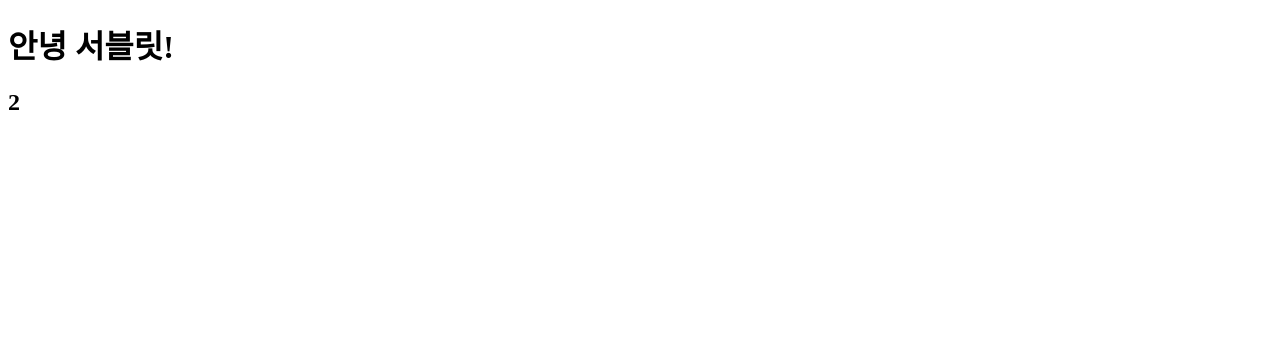
Repository: kkh1396/kh_front
Page: 05_server/1.servlet/src/main/webapp/index.html
An editor plug-in stored every save of this project. The page is shown before and after the next save, followed by the edit.
The browser window is 1280 px wide. The pictures show the whole page.

Above is the page before, as saved 2025-03-19 01:39:16.

### 05_server/1.servlet/src/main/webapp/index.html
<!DOCTYPE html>
<html>
<head>
<meta charset="UTF-8">
<title>서블릿 시작!</title>
</head>
<body>

   <h1>안녕 서블릿!</h1>
   <h2>2</h2>


</body>
</html>

After the next save:
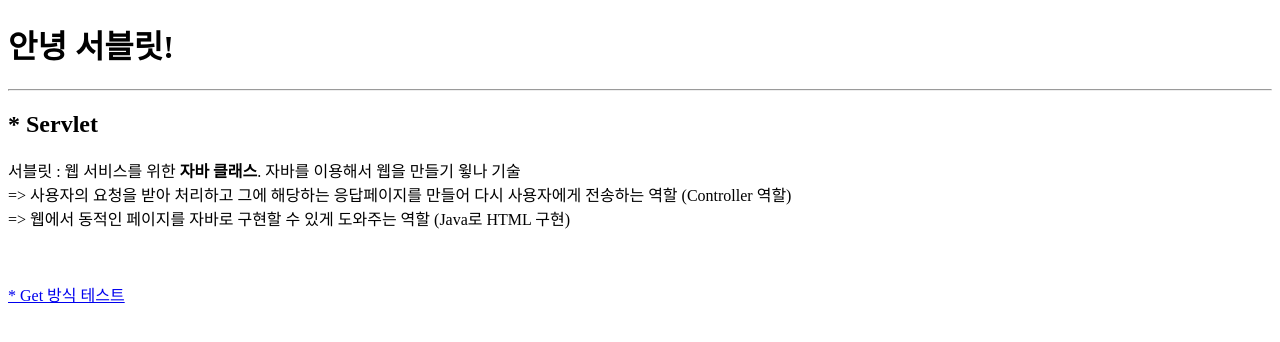
Saved 2 min 31 s later.
--- a/05_server/1.servlet/src/main/webapp/index.html
+++ b/05_server/1.servlet/src/main/webapp/index.html
@@ -7,8 +7,23 @@
 <body>
 
    <h1>안녕 서블릿!</h1>
-   <h2>2</h2>
 
+
+   <hr>
+
+
+   <h2> * Servlet </h2>
+   <p>
+   		 서블릿 : 웹 서비스를 위한 <b> 자바 클래스</b>. 자바를 이용해서 웹을 만들기 윟나 기술<br>
+   		  => 사용자의 요청을 받아 처리하고 그에 해당하는 응답페이지를 만들어 다시 사용자에게 전송하는 역할
+   		  (Controller 역할)<br>
+   		  => 웹에서 동적인 페이지를 자바로 구현할 수 있게 도와주는 역할 (Java로 HTML 구현)
+
+   </p>
+
+   <br><br>
+
+   <a href="views/requestTest_GET.html"> * Get 방식 테스트</a>
 
 </body>
 </html>
